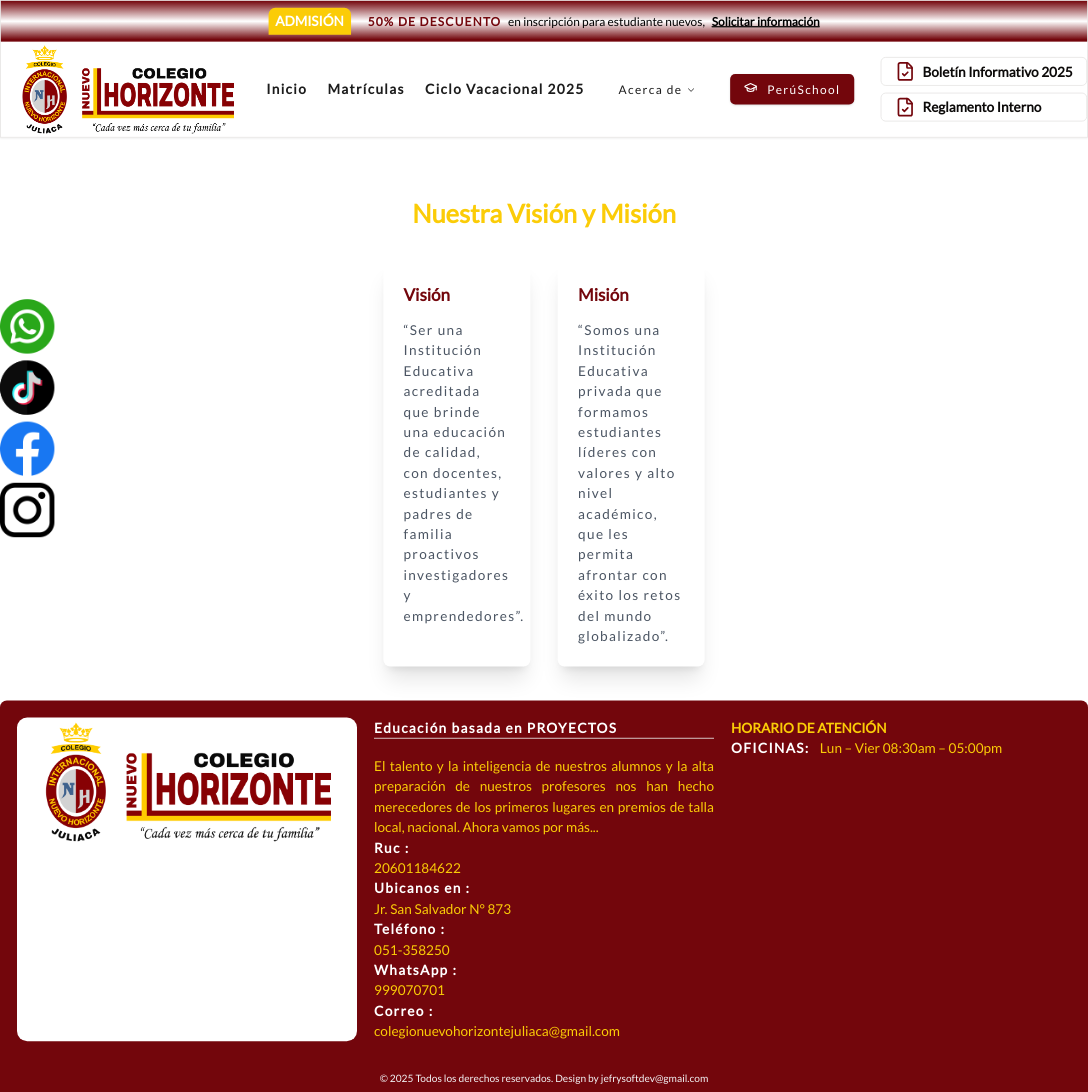
Repository: jefrydep/new_horizont_school
Page: /vision
These files come from the project's save history. The page is drawn as it stood at one moment and after a run of saves; the edit follows.
The browser window is 1280 px wide. The pictures show the whole page, at 85% of full size.
The project was rebuilt for these pictures with package versions that can differ from the ones it lists, and the page was loaded fresh each time. The framework's server and built-in components were replaced by stand-ins that run in the browser. Also part of the build but not shown: next.config.ts.

Above is the page before, as saved 2024-12-09 21:02:34.

After the next 2 saves:
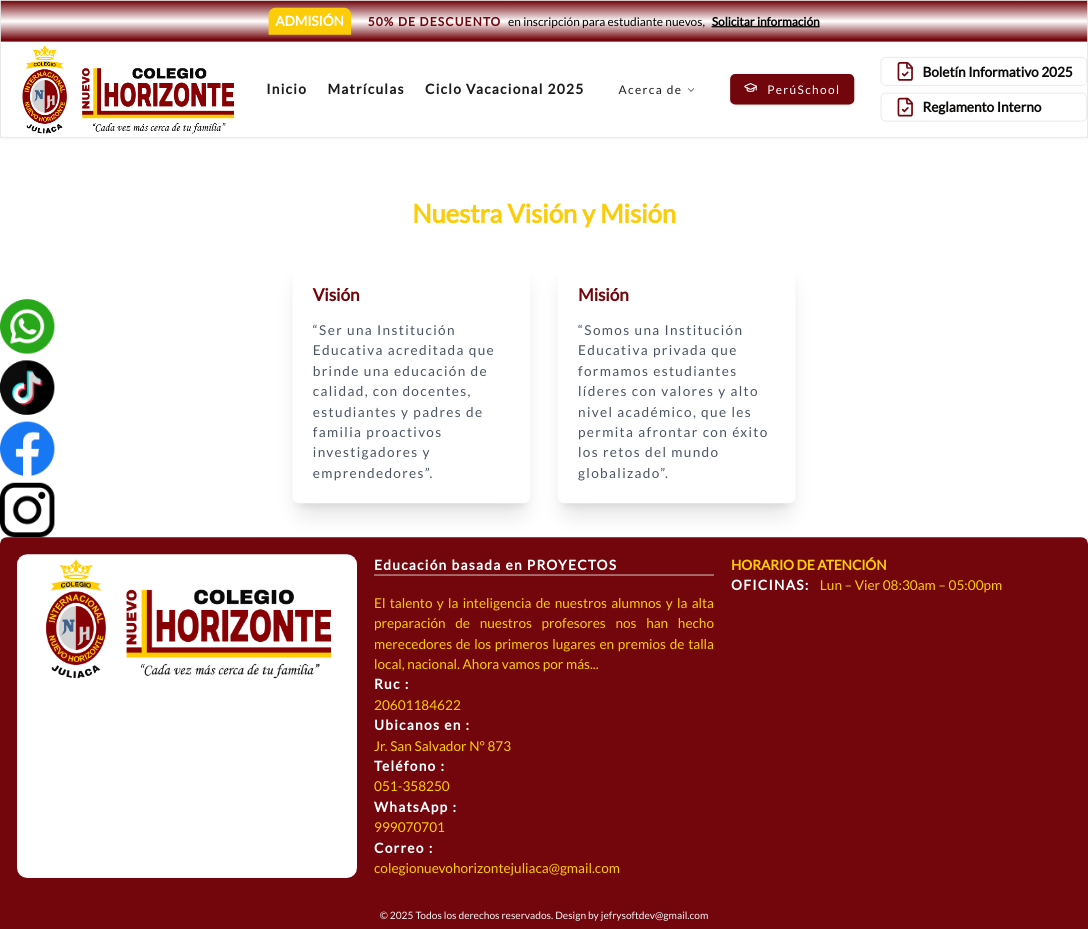
The 2 saves are shown as one change because they came seconds apart.
The last was saved 8 s later.
--- a/src/app/vision/page.tsx
+++ b/src/app/vision/page.tsx
@@ -5,7 +5,7 @@ export default function VisionPage() {
     <div className="pt-48">
       {" "}
       {/* <Hero title="Nuestra Misión" subtitle="Nuestra Visión" colorWave="#fff" /> */}
-      <div className=" w-1/3 mx-auto my-10 px-6">
+      <div className=" w-1/2 mx-auto my-10 px-6">
         {/* Título centrado */}
         <h2 className="text-3xl font-semibold text-center   mb-10  text-subtitle">
           Nuestra <b>Visión y Misión</b>
